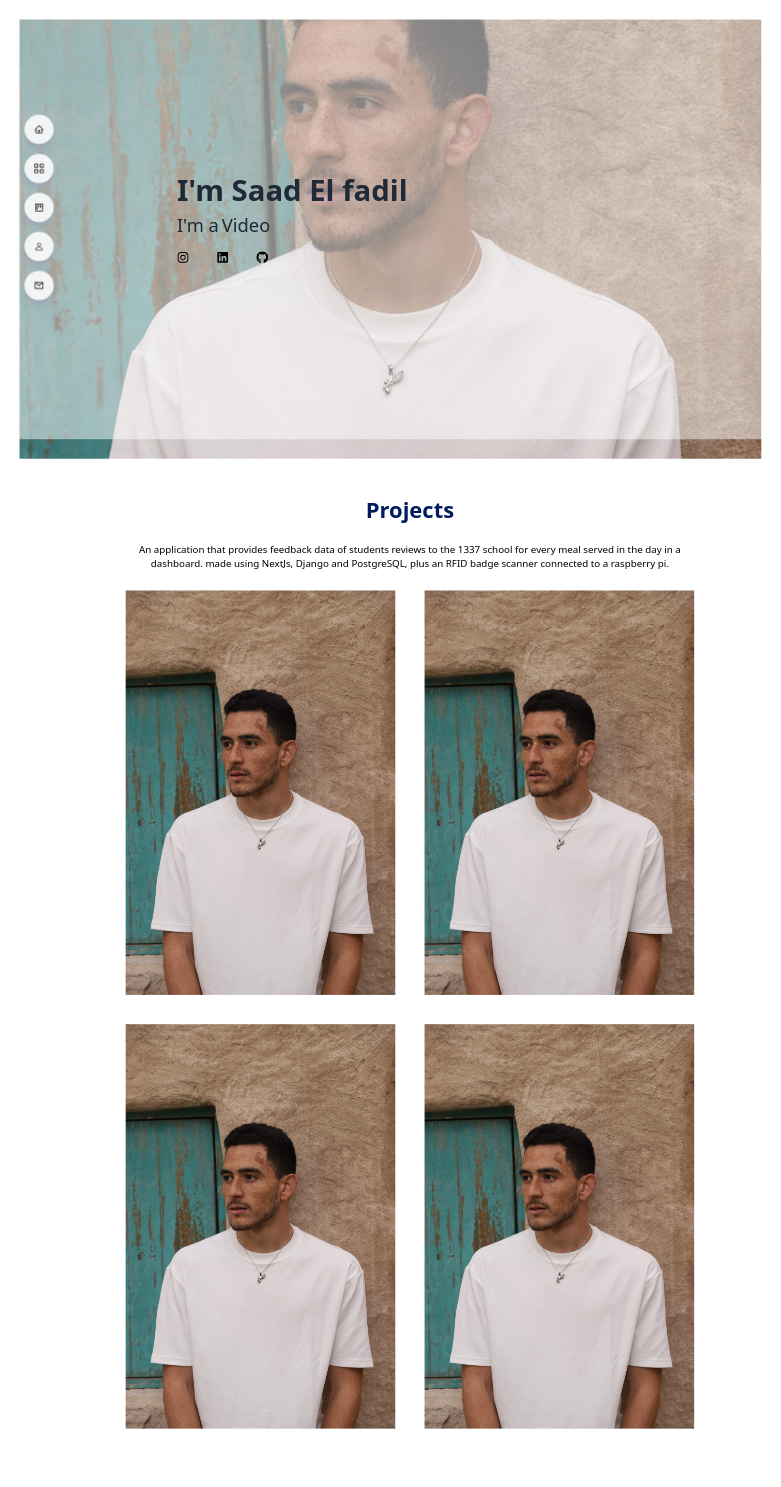
Repository: Saadelfadil/saadelfadil.github.io
Page: /
These files come from the project's save history. The page is drawn as it stood at one moment and after the next save; the edit follows.
The browser window is 1280 px wide. The pictures show the whole page, at 61% of full size.
The project was rebuilt for these pictures with package versions that can differ from the ones it lists, and the page was loaded fresh each time. Also part of the build but not shown: vite.config.js.

Above is the page before, as saved 2023-02-26 17:55:02.

### src/App.jsx
import './App.css'
import Sidenave from './components/Sidenave'
import Main from './components/Main'
import Projects from './components/Projects'

function App() {

  return (
    <div>
      <Sidenave />
      <Main />
      <Projects />
    </div>
  )
}

export default App

### src/components/Sidenave.jsx
import React, { useState } from "react";
import { AiOutlineHome, AiOutlineMail, AiOutlineMenu, AiOutlineProject } from "react-icons/ai"
import { GrProjects } from "react-icons/gr"
import { BsPerson } from "react-icons/bs"

const Sidenave = () => {
    const [nav, setNav] = useState(false)

    const handleNav = () => {
        setNav((prev) => prev = !nav);
    };

  return (
    <div>
        <AiOutlineMenu onClick={handleNav} className="absolute top-4 right-4 z-[100] md:hidden"/>
        {
            nav ? (
                <div className="fixed w-full h-screen bg-white/90 flex flex-col justify-center items-center z-20">
                    <a href="#main" className="w-[75%] flex justify-center rounded-full shadow-lg bg-gray-100 shadow-gray-400 m-2 p-4 cursor-pointer hover:scale-110 ease-in duration-200">
                        <AiOutlineHome size={20}/>
                        <span className="pl-4">Home</span>
                    </a>
                    <a href="#work" className="w-[75%] flex justify-center rounded-full shadow-lg bg-gray-100 shadow-gray-400 m-2 p-4 cursor-pointer hover:scale-110 ease-in duration-200">
                        <GrProjects size={20}/>
                        <span className="pl-4">Work</span>
                    </a>
                    <a href="#projects" className="w-[75%] flex justify-center rounded-full shadow-lg bg-gray-100 shadow-gray-400 m-2 p-4 cursor-pointer hover:scale-110 ease-in duration-200">
                        <AiOutlineProject size={20}/>
                        <span className="pl-4">Projects</span>
                    </a>
                    <a href="#main" className="w-[75%] flex justify-center rounded-full shadow-lg bg-gray-100 shadow-gray-400 m-2 p-4 cursor-pointer hover:scale-110 ease-in duration-200">
                        <BsPerson size={20}/>
                        <span className="pl-4">Resume</span>
                    </a>
                    <a href="#contact" className="w-[75%] flex justify-center rounded-full shadow-lg bg-gray-100 shadow-gray-400 m-2 p-4 cursor-pointer hover:scale-110 ease-in duration-200">
                        <AiOutlineMail size={20}/>
                        <span className="pl-4">Contact</span>
                    </a>
                </div>
            ) : ""
        }

        <div className="md:block hidden fixed top-[25%] z-10">
            <div className="flex flex-col">
                <a href="#main" className="rounded-full shadow-lg bg-gray-100 shadow-gray-400 m-2 p-4 cursor-pointer hover:scale-110 ease-in duration-300 ">
                    <AiOutlineHome />
                </a>
                <a href="#work" className="rounded-full shadow-lg bg-gray-100 shadow-gray-400 m-2 p-4 cursor-pointer hover:scale-110 ease-in duration-300 ">
                    <GrProjects />
                </a>
                <a href="#projects" className="rounded-full shadow-lg bg-gray-100 shadow-gray-400 m-2 p-4 cursor-pointer hover:scale-110 ease-in duration-300 ">
                    <AiOutlineProject />
                </a>
                <a href="#main" className="rounded-full shadow-lg bg-gray-100 shadow-gray-400 m-2 p-4 cursor-pointer hover:scale-110 ease-in duration-300 ">
                    <BsPerson />
                </a>
                <a href="#contact" className="rounded-full shadow-lg bg-gray-100 shadow-gray-400 m-2 p-4 cursor-pointer hover:scale-110 ease-in duration-300 ">
                    <AiOutlineMail />
                </a>
            </div>
        </div>
    </div>
  )
};

export default Sidenave;

### src/components/Main.jsx
import React from "react";
import { TypeAnimation } from "react-type-animation"
import { FaGithub, FaInstagram, FaLinkedin } from "react-icons/fa"

const Main = () => {
  return (
    <div id="main">
        <img className="w-full h-screen object-cover object-right " src="/src/assets/saadelfadil.jpg" alt="saadelfadil" />
        <div className="w-full h-screen absolute top-0 left-0 bg-white/50 ">
            <div className="max-w-[700px] m-auto h-full w-full flex flex-col justify-center lg:items-start items-center ">
                <h1 className="sm:text-5xl text-4xl font-bold text-gray-800">I'm Saad El fadil</h1>
                <h2 className="flex sm:text-3xl text-2xl pt-4 text-gray-800">I'm a
                    <TypeAnimation
                        sequence={[
                            'Software Engineer', // Types 'One'
                            1000, // Waits 1s
                            'Videomaker', // Deletes 'One' and types 'Two'
                            2000, // Waits 2s
                        ]}
                        wrapper="div"
                        cursor={true}
                        repeat={Infinity}
                        style={{ fontSize: '1em', paddingLeft: "5px" }}
                    />
                </h2>
                <div className="flex justify-between pt-6 max-w-[150px] w-full">
                        <FaInstagram size={20} className="cursor-pointer"/>
                        <FaLinkedin size={20} className="cursor-pointer"/>
                        <FaGithub size={20} className="cursor-pointer"/>
                </div>
            </div>
        </div>
    </div>
  )
};

export default Main;

### src/components/Projects.jsx
import React from "react";
import ProjectItem from "./ProjectItem";
import img from "../assets/saadelfadil.jpg";

const Projects = () => {
  return (
    <div id="projects" className="max-w-[1028px] m-auto md:pl-20 p-4 py-16">
        <h1 className="text-4xl font-bold text-center text-[#001b5e] ">Projects</h1>
        <p className="text-center py-8">
            An application that provides feedback data of students reviews to the 1337 school for every meal served in the day in a dashboard. made using NextJs, Django and PostgreSQL, plus an RFID badge scanner connected to a raspberry pi.
        </p>
        <div className="grid sm:grid-cols-2 gap-12">
            <ProjectItem img={img} title="app 1"/>
            <ProjectItem img={img} title="app 2"/>
            <ProjectItem img={img} title="app 3"/>
            <ProjectItem img={img} title="app 4"/>
        </div>
    </div>
  )
};

export default Projects;

### src/components/ProjectItem.jsx
import React from "react";

const ProjectItem = ({img, title}) => {
  return (
    <div>
        <img src={img} alt="/" />
        <div>
            <h3>

            </h3>
        </div>
    </div>
  )
};

export default ProjectItem;

Loaded but not shown: index.html (common file); src/main.jsx (common file); src/index.css (common file); src/App.css (common file); tailwind.config.cjs (common file)

After the next save:
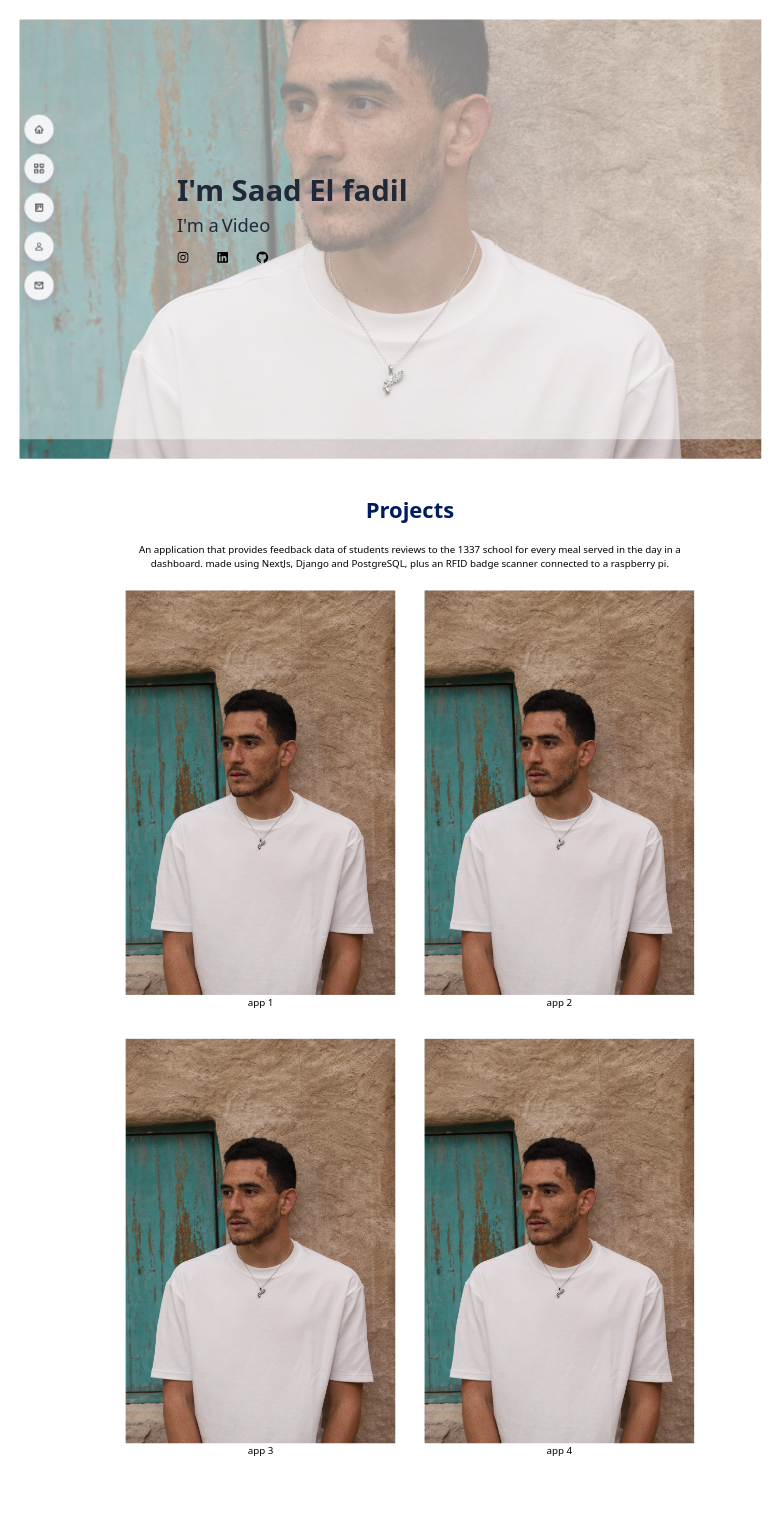
Saved 8 s later.
--- a/src/components/ProjectItem.jsx
+++ b/src/components/ProjectItem.jsx
@@ -6,7 +6,7 @@ const ProjectItem = ({img, title}) => {
         <img src={img} alt="/" />
         <div>
             <h3>
-
+                {title}
             </h3>
         </div>
     </div>
